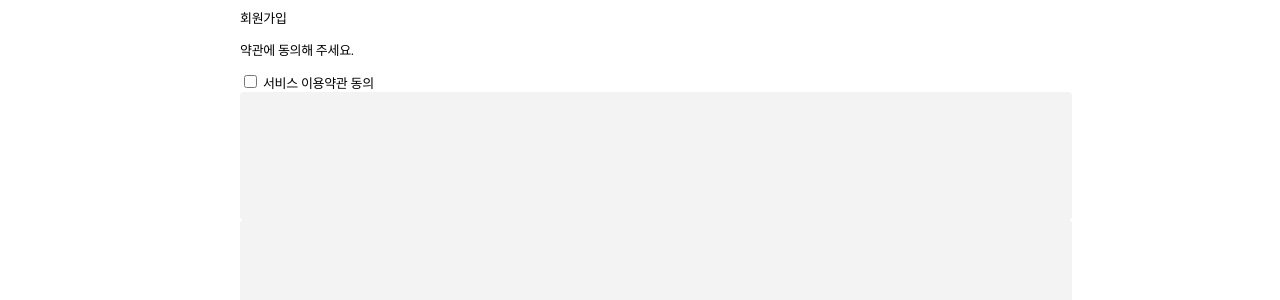
Repository: agheha/trillion
Page: YH/study_project/html/terms.html
These files come from the project's save history. The page is drawn as it stood at one moment and after the next save; the edit follows.
The browser window is 1280 px wide. The pictures show the whole page.

Above is the page before, as saved 2019-09-06 08:27:04.

### YH/study_project/html/terms.html
<!DOCTYPE html>
<html lang="en">
<head>
    <meta charset="UTF-8">
    <meta name="viewport" content="width=device-width, initial-scale=1.0">
    <meta http-equiv="X-UA-Compatible" content="ie=edge">
    <title>Document</title>
    <link rel="stylesheet" href="./../css//terms.css">
</head>
<body>
    <div class="main">
        <form action="">
            <div class="form-item-title">회원가입</div>
            <p>약관에 동의해 주세요.</p>
            <div class="form-item-checkbox">
                <label>
                    <input class="check" type="checkbox" value="terms">
                    서비스 이용약관 동의
                </label>
            </div>
            <div class="form-item-box">

            </div>
            <div class="form-item-checkbox"></div>
            <div class="form-item-box"></div>
            <div class="form-item-checkbox"></div>
            <div class="form-item-all"></div>
        </form>
    </div>
</body>
</html>

### YH/study_project/css/terms.css
html {
    letter-spacing: -.3px;
    font-size: 13px;
    font-family: "NotoSansKR Regular" !important;
}
.form-item-box {
    width: 100%;
    height: 100px;
    padding : 14px 16px;
    overflow: auto;
    border-radius: 4px;
    background-color: #f3f3f3;
}
.main {
    width : 800px;
    margin : 0 auto;

}

After the next save:
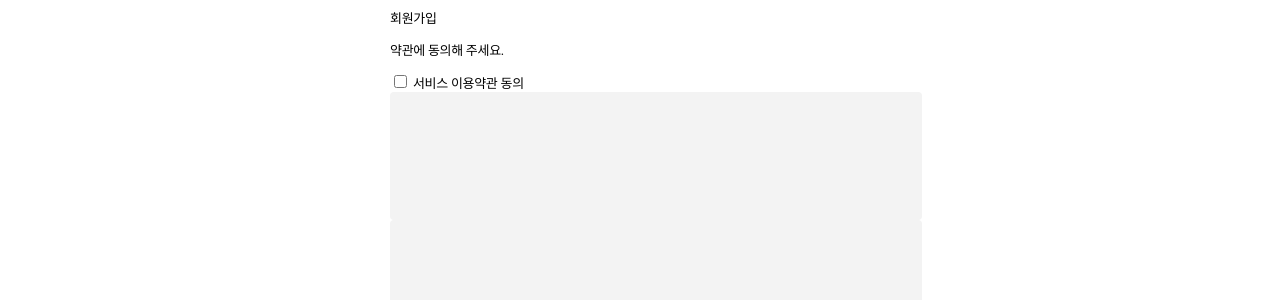
Saved 5 s later.
--- a/YH/study_project/css/terms.css
+++ b/YH/study_project/css/terms.css
@@ -12,7 +12,7 @@ html {
     background-color: #f3f3f3;
 }
 .main {
-    width : 800px;
+    width : 500px;
     margin : 0 auto;
 
 }
